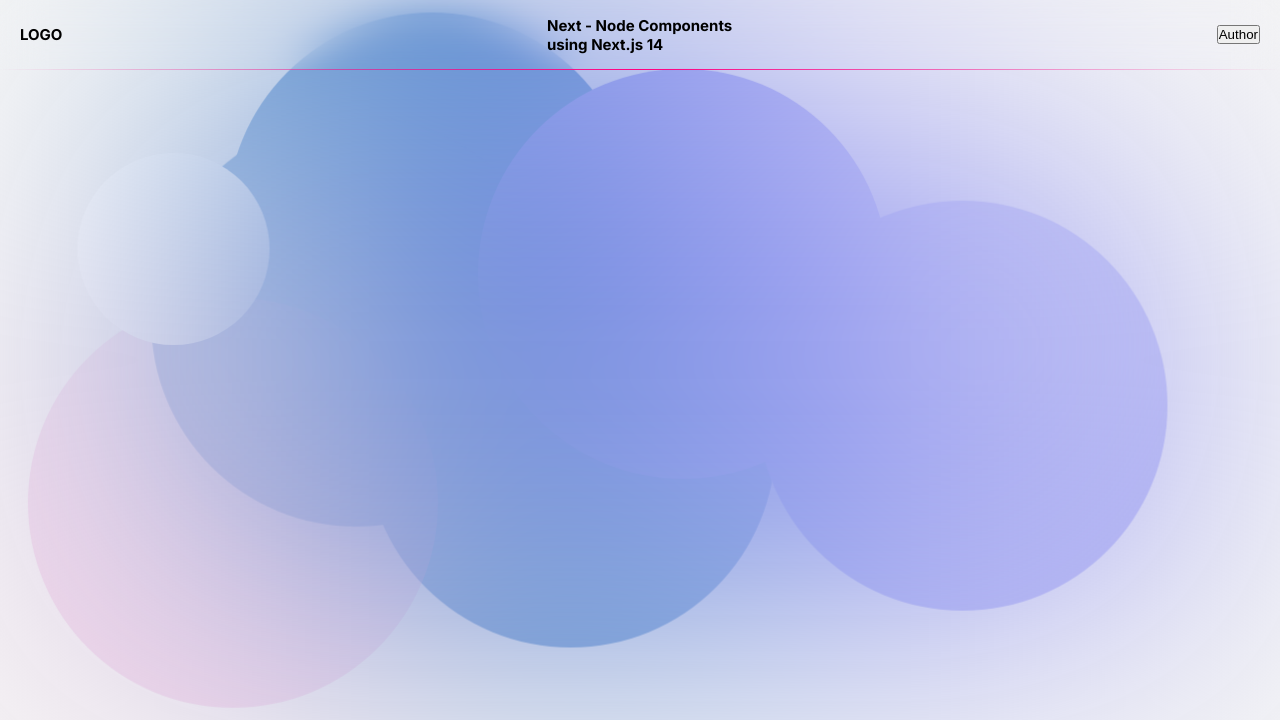
Repository: keval-gohil/komponents
Page: /
These files come from the project's save history. The page is drawn as it stood at one moment and after the next save; the edit follows.
The browser window is 1280 px wide. The pictures show the whole page.
The project was rebuilt for these pictures with package versions that can differ from the ones it lists, and the page was loaded fresh each time. The framework's server and built-in components were replaced by stand-ins that run in the browser. Also part of the build but not shown: next.config.mjs.

Above is the page before, as saved 2024-03-07 11:40:53.

After the next save:
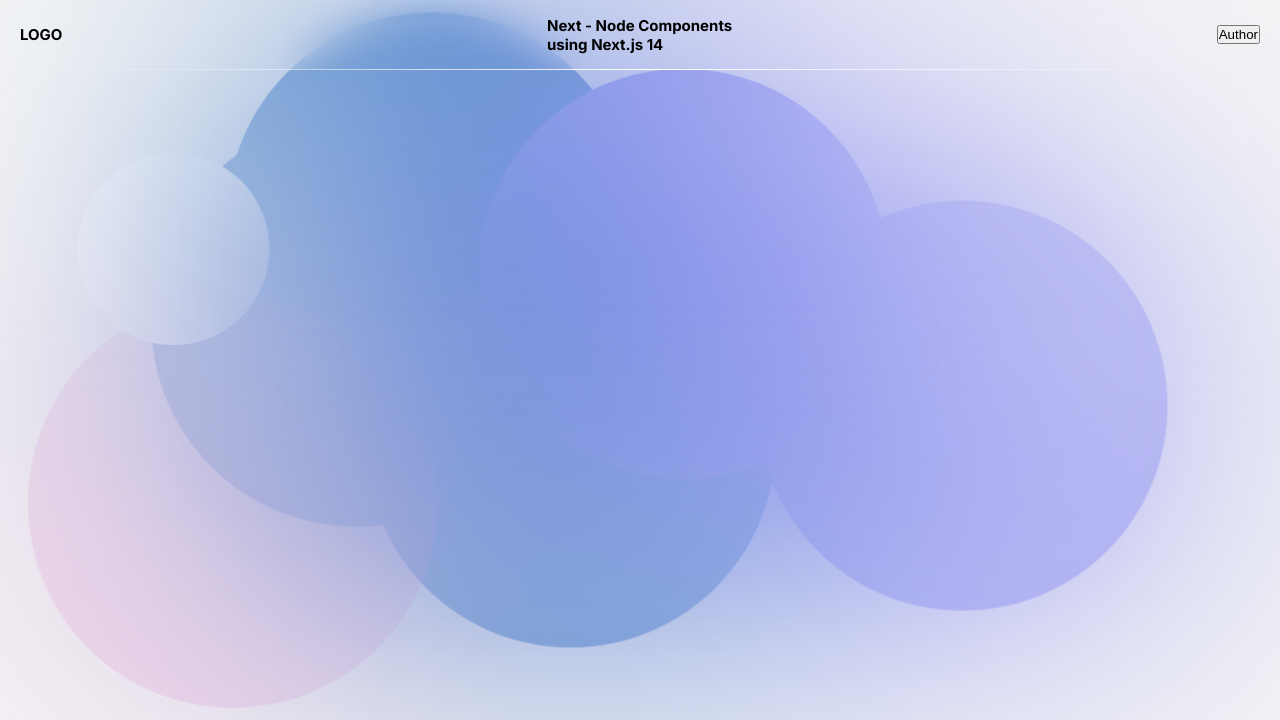
Saved 15 s later.
--- a/components/reuse/styles/style.css
+++ b/components/reuse/styles/style.css
@@ -6,7 +6,7 @@
     backdrop-filter: blur(20px);
     height: 7rem;
     border-bottom: 0.1rem solid transparent;
-    border-image: linear-gradient(0.25turn, rgba(56,2,155,0), rgba(255,0,128), rgba(56,2,155,0));
+    border-image: linear-gradient(0.25turn, rgba(56,2,155,0), #fff, rgba(56,2,155,0));
     border-image-slice: 1;
     padding: 0 2rem;
 }
